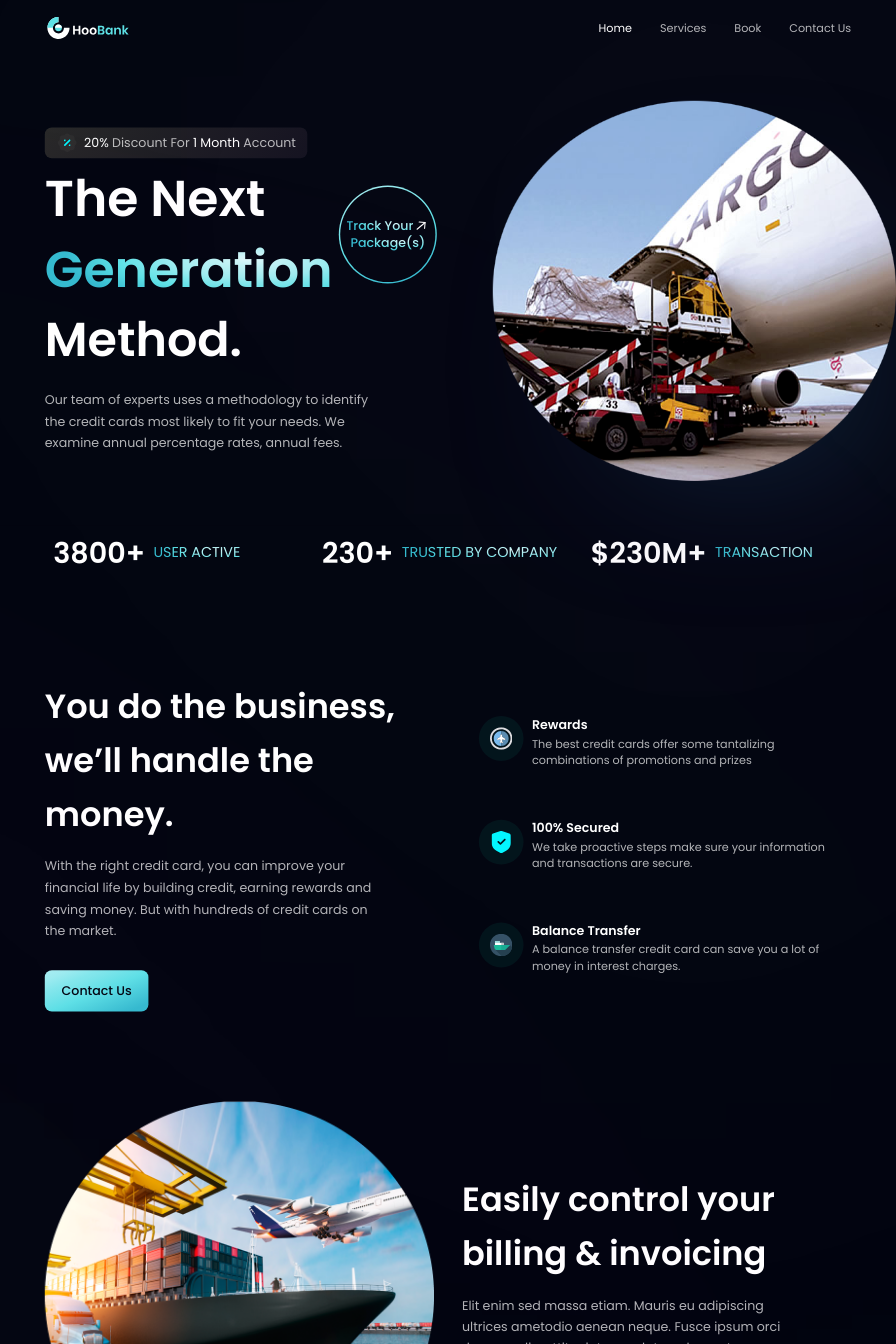
Repository: Miracleoluebube/captionlogistics
Page: /
An editor plug-in stored every save of this project. The page is shown before and after a run of saves, followed by the edit.
The browser window is 1280 px wide. The pictures show the part of the page from y = 0 to 1920 px (the page is 4990 px tall), at 70% of full size.
The project was rebuilt for these pictures with package versions that can differ from the ones it lists, and the page was loaded fresh each time. Also part of the build but not shown: vite.config.js.

Above is the page before, as saved 2022-10-01 07:29:56.

After the next 2 saves:
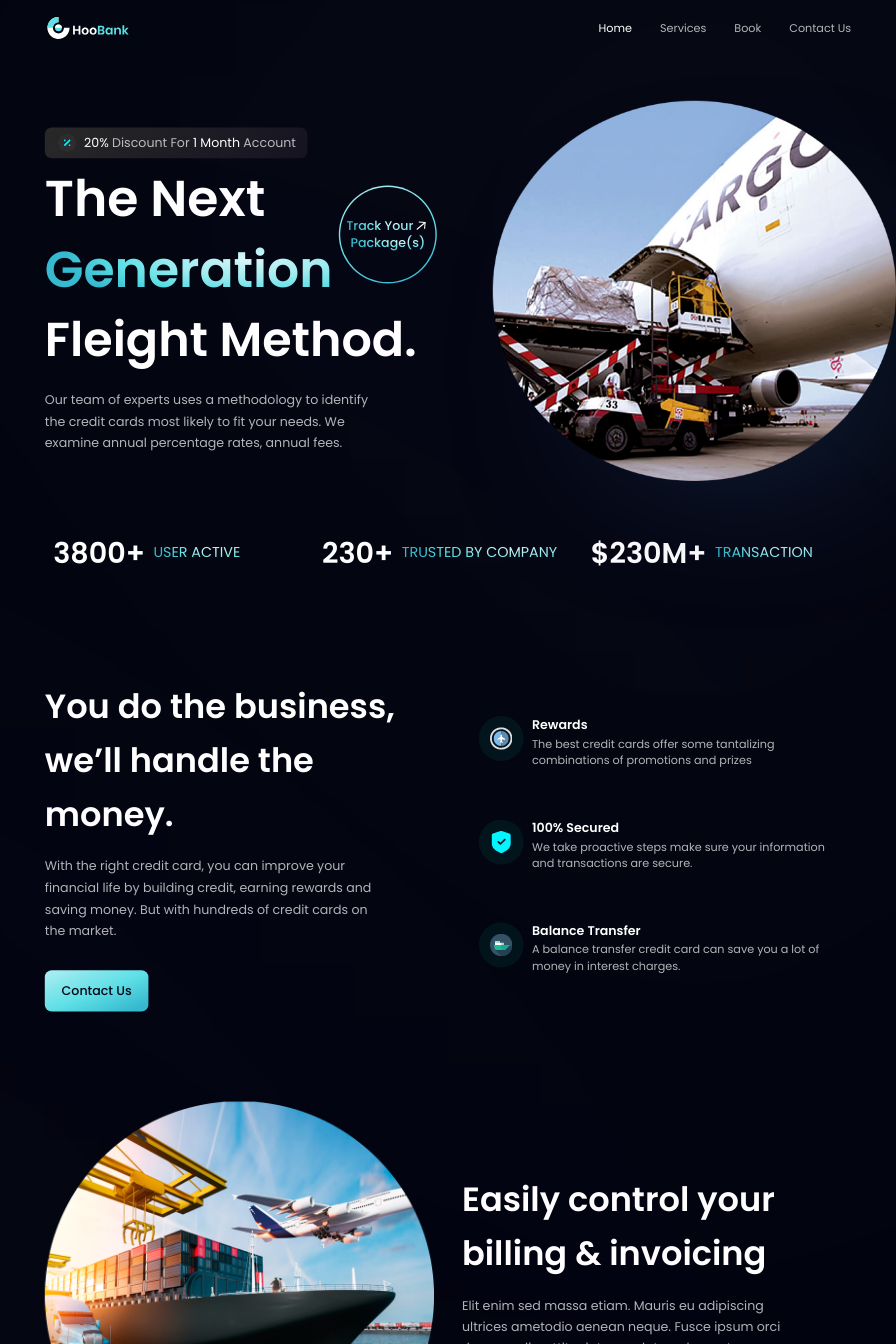
The 2 saves are shown as one change because they came seconds apart.
The last was saved 6 s later.
--- a/src/components/Hero.jsx
+++ b/src/components/Hero.jsx
@@ -25,7 +25,7 @@
         </div>
 
         <h1 className="font-poppins font-semibold ss:text-[68px] text-[52px] text-white ss:leading-[100.8px] leading-[75px] w-full">
-           Method.
+          Fleight  Method.
         </h1>
         <p className={`${styles.paragraph} max-w-[470px] mt-5`}>
           Our team of experts uses a methodology to identify the credit cards
